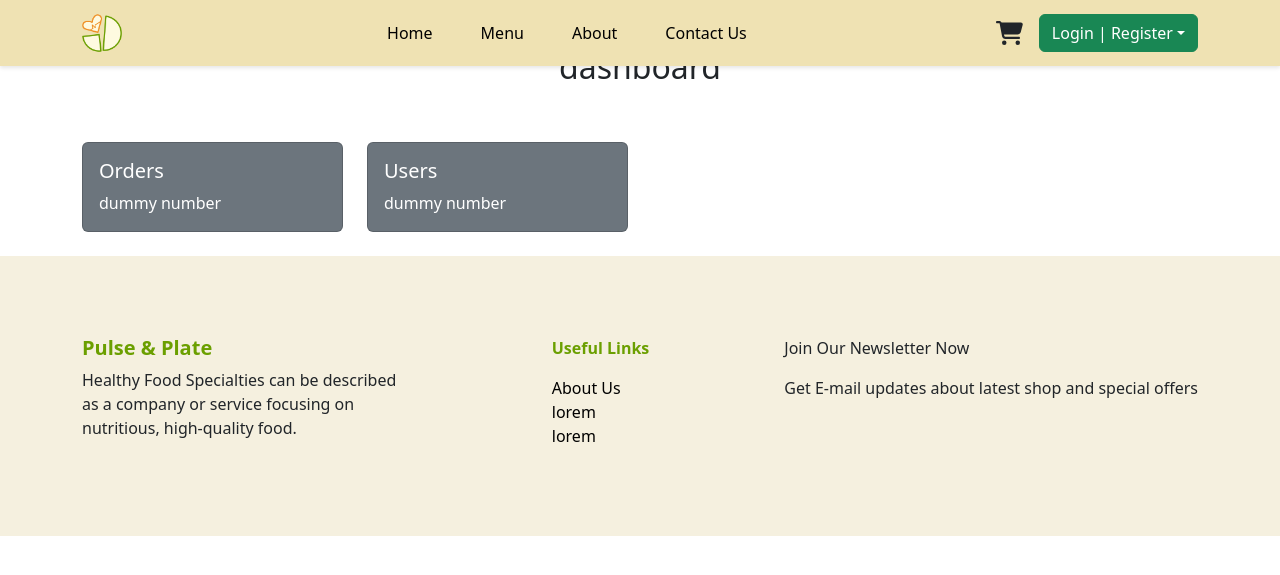
Repository: zeinawady/Pulse-and-Plate
Page: /dashboard
The author's editor kept a copy of each file at every save. The page is drawn from the files as they stood at one save, then again after the next save.
The browser window is 1280 px wide. The pictures show the whole page.
The project was rebuilt for these pictures with package versions that can differ from the ones it lists, and the page was loaded fresh each time. Also part of the build but not shown: src/components/Main/Main.css, src/components/Main/Main.js, src/components/Menu/MealCard.css, src/components/Menu/MealCard.js, src/components/Menu/Categories.css, src/components/Menu/Categories.js, src/components/Menu/Menu.css, src/components/Menu/Menu.js and 21 more.

Above is the page before, as saved 2025-05-15 18:33:17.

### public/index.html
<!DOCTYPE html>
<html lang="en">
  <head>
    <meta charset="utf-8" />
    <link rel="icon" href="%PUBLIC_URL%/images/logo-trans.png" />
    <meta name="viewport" content="width=device-width, initial-scale=1" />
    <meta name="theme-color" content="#000000" />
    <meta
      name="description"
      content="Web site created using create-react-app"
    />
    <link rel="apple-touch-icon" href="%PUBLIC_URL%/images/logo-trans.png" />
    <!--
      manifest.json provides metadata used when your web app is installed on a
      user's mobile device or desktop. See https://developers.google.com/web/fundamentals/web-app-manifest/
    -->
    <link rel="manifest" href="%PUBLIC_URL%/manifest.json" />
    <!--
      Notice the use of %PUBLIC_URL% in the tags above.
      It will be replaced with the URL of the `public` folder during the build.
      Only files inside the `public` folder can be referenced from the HTML.

      Unlike "/favicon.ico" or "favicon.ico", "%PUBLIC_URL%/favicon.ico" will
      work correctly both with client-side routing and a non-root public URL.
      Learn how to configure a non-root public URL by running `npm run build`.
    -->
    <title>Pulse And Plate</title>
  </head>
  <body>
    <noscript>You need to enable JavaScript to run this app.</noscript>
    <div id="root"></div>
    <!--
      This HTML file is a template.
      If you open it directly in the browser, you will see an empty page.

      You can add webfonts, meta tags, or analytics to this file.
      The build step will place the bundled scripts into the <body> tag.

      To begin the development, run `npm start` or `yarn start`.
      To create a production bundle, use `npm run build` or `yarn build`.
    -->
  </body>
</html>

### src/index.js
import React from 'react';
import ReactDOM from 'react-dom/client';
import './index.css';
import App from './App';
import reportWebVitals from './reportWebVitals';
import 'bootstrap/dist/css/bootstrap.min.css';
import '@fortawesome/fontawesome-free/css/all.min.css';
import 'bootstrap/dist/css/bootstrap.min.css';
import './fontAwesome';
import { BrowserRouter } from 'react-router-dom';

const root = ReactDOM.createRoot(document.getElementById('root'));
root.render(
  <React.StrictMode>
    <BrowserRouter>
      <App />
    </BrowserRouter>
  </React.StrictMode>
);

// If you want to start measuring performance in your app, pass a function
// to log results (for example: reportWebVitals(console.log))
// or send to an analytics endpoint. Learn more: https://bit.ly/CRA-vitals
reportWebVitals();

### src/App.js
import React from "react";
import "./App.css";
import Home from "./components/Home/Home";
import Footer from "./components/Footer/Footer";
import { Routes, Route } from "react-router-dom";

import Header from "./components/Header/Header";
import About from "./components/About/About";
import Menu from "./components/Menu/Menu";
import ContactUs from "./components/ContactUs/ContactUs";
import Login from "./components/Login/Login";
import SignUp from "./components/SignUp/SignUp";
import UserProfile from "./components/UserProfile/UserProfile";
import { UserProvider } from "./UserContext";
import ProductInfo from "./components/ProductInfo/ProductInfo";
import PaymentPage from "./components/PaymentPage/PaymentPage";
import AdminProfile from "./components/AdminProfile/AdminProfile";
import Dashboard from "./components/Dashboard/Dashboard";

function App() {
  return (
    <UserProvider>
      <div>
        <Header />
        <Routes>
          <Route path="/" element={<Home />} />
          <Route path="/home" element={<Home />} />
          <Route path="/about" element={<About />} />
          <Route path="/menu" element={<Menu />} />
          <Route path="/category" element={<Menu />} />
          <Route path="/login" element={<Login />} />
          <Route path="/register" element={<SignUp />} />
          <Route path="/userAccount" element={<UserProfile />} />
          <Route path="/contactus" element={<ContactUs />} />
          <Route path="/product-info" element={<ProductInfo />} />
          <Route path="/PaymentPage" element={<PaymentPage />} />
          <Route path="/admin-profile" element={<AdminProfile />} />
          <Route path="/dashboard" element={<Dashboard />} />
        </Routes>

        <Footer />
      </div>
    </UserProvider>
  );
}

export default App;

### src/fontAwesome.js
// src/fontAwesome.js
import { library } from '@fortawesome/fontawesome-svg-core';
import {
    faUser,
    faCartShopping,
    faHome,
    faEnvelope,
    faSearch,
    faConciergeBell,
     faPercent,
     faTruckFast,
     faCarrot,
    // Add any other icons you need here
} from '@fortawesome/free-solid-svg-icons';

// Add icons to the library
library.add(
    faUser,
    faCartShopping,
    faHome,
    faEnvelope,
    faSearch,
    faConciergeBell,
    faPercent,
    faTruckFast,
    faCarrot,

    // Add any other icons you need here
);

### src/App.css
@font-face {
  font-family: "Lato";
  src: url("../public/Fonts/Lato/Lato-Black.ttf") format("truetype");
}

:root {
  --primary-color: #6b9f00;
  --secondary-color: #ef9025;
  --light-color: hsl(47, 66%, 82%);
  --text-color: #000000;
  --font-family: "Lato", sans-serif;
  --sections-padding: 5rem;
}

body {
  margin: 0;
  padding: 0;
  border: none !important;
  outline: none !important;
  font-family: var(--font-family);
  font-weight: 500;
  -webkit-font-smoothing: antialiased;
  -moz-osx-font-smoothing: grayscale;
  background-color: #eee;

}
a{
  text-decoration: none;
}

### src/components/Footer/Footer.js
import "../../App";

import "./Footer.css";
import { Container } from "react-bootstrap";
import Button from "react-bootstrap/Button";
import { FontAwesomeIcon } from "@fortawesome/react-fontawesome";


export default function Footer() {
    return (
        <footer>
            <Container fluid="md">
            <div className="wrapper-footer">
                <div className="info">
                    <h5>Pulse & Plate</h5>
                    <p>Healthy Food Specialties can be described as a company or service focusing on nutritious, high-quality food. </p>
                </div>
                <div className="links">
                    <p >Useful Links</p>
                    <a href="#">About Us</a>
                    <a href="#">lorem</a>
                    <a href="#">lorem</a>
                </div>
                <div>
                    <p>Join Our Newsletter Now </p>
                    <p>Get E-mail updates about latest shop and special offers </p>
                </div>
            </div>
            </Container>
        </footer>
    );
}

### src/components/Header/Header.js
import React from 'react';
import './Header.css';
import '../../App';
import { Link, NavLink, useNavigate } from 'react-router-dom';
import { useUser } from "../../UserContext";

// React Bootstrap
import Container from 'react-bootstrap/Container';
import Nav from 'react-bootstrap/Nav';
import Navbar from 'react-bootstrap/Navbar';
import Dropdown from 'react-bootstrap/Dropdown';

// Font Awesome
import { FontAwesomeIcon } from '@fortawesome/react-fontawesome';
import { faCartShopping } from '@fortawesome/free-solid-svg-icons';

export default function Header() {
    const { user, setUser } = useUser();
    const navigate = useNavigate();

    const handleLogout = () => {
        navigate('/login');
        localStorage.removeItem("user");
        localStorage.removeItem("token");
        setUser(null);
    };

    return (
        <Navbar expand="md" className="fixed-top">
            <Container fluid="md">
                <Navbar.Brand as={Link} to="/home">
                    <img
                        src="/images/logo-trans.png"
                        width="40"
                        height="40"
                        className="d-inline-block align-top"
                        alt="React Bootstrap logo"
                    />
                </Navbar.Brand>

                <Navbar.Toggle aria-controls="basic-navbar-nav" />
                <Navbar.Collapse id="basic-navbar-nav">
                    <Nav className="me-auto ms-auto">
                        <Nav.Link as={NavLink} to="/home">Home</Nav.Link>
                        <Nav.Link as={NavLink} to="/menu">Menu</Nav.Link>
                        <Nav.Link as={NavLink} to="/about">About</Nav.Link>
                        <Nav.Link as={NavLink} to="/contactus">Contact Us</Nav.Link>
                    </Nav>

                    <div className="icons d-flex align-items-center gap-3">
                        <FontAwesomeIcon icon={faCartShopping} size="lg" />

                        <Dropdown align="end">
                            <Dropdown.Toggle variant="success" id="dropdown-user">
                                {user?.name ? user.name.split(" ")[0] : "Login | Register"}
                            </Dropdown.Toggle>

                            <Dropdown.Menu>
                                {user?.name ? (
                                    <>
                                        <Dropdown.Item as={Link} to="/userAccount">Profile</Dropdown.Item>
                                        <Dropdown.Item onClick={handleLogout}>Logout</Dropdown.Item>
                                    </>
                                ) : (
                                    <>
                                        <Dropdown.Item as={Link} to="/login">Login</Dropdown.Item>
                                        <Dropdown.Item as={Link} to="/register">Register</Dropdown.Item>
                                    </>
                                )}
                            </Dropdown.Menu>
                        </Dropdown>
                    </div>
                </Navbar.Collapse>
            </Container>
        </Navbar>
    );
}

### src/UserContext.jsx
import { createContext, useContext, useState } from 'react';

const UserContext = createContext();

export function UserProvider({ children }) {
  const [user, setUser] = useState(() => {
    const stored = localStorage.getItem('user');
    return stored ? JSON.parse(stored) : null;
  });

  const updateUser = (updatedUser) => {
    localStorage.setItem('user', JSON.stringify(updatedUser));
    setUser(updatedUser);
  };

  return (
    <UserContext.Provider value={{ user, setUser: updateUser }}>
      {children}
    </UserContext.Provider>
  );
}

export function useUser() {
    return useContext(UserContext);
}

### src/components/Dashboard/Dashboard.js
import React from "react";
import "../../App";
import "./Dashboard.css";

export default function Dashboard() {
  return (
    <div className="main-container container">
      <h2 className="text-center p-5">dashboard</h2>
      <div className="row g-4 mb-4">
        <div className="col-md-3 col-sm-6">
          <div className="card text-white bg-secondary h-100">
            <div className="card-body">
              <h5 className="card-title">Orders</h5>
              <p className="card-text">dummy number</p>
            </div>
          </div>
        </div>
        <div className="col-md-3 col-sm-6">
          <div className="card text-white bg-secondary h-100">
            <div className="card-body">
              <h5 className="card-title">Users</h5>
              <p className="card-text">dummy number</p>
            </div>
          </div>
        </div>
      </div>
    </div>
  );
}

### src/components/Footer/Footer.css
footer{
    background-color: hsla(47, 53%, 90%, 0.822);
    padding-block-start: var(--sections-padding);
    padding-block-end: var(--sections-padding);
}
.wrapper-footer{
    display: flex;
    justify-content: space-between;

}
.wrapper-footer .info{
  width: 30%;

}
.wrapper-footer .info h5{
    color: var(--primary-color);
    font-weight: 700;
}
.links>p:first-child{
font-weight: 700;
color: var(--primary-color);

}
.links{
    display: flex;
    flex-direction: column;
}
.links a{
    text-decoration: none;
    color: var(--text-color);
}
@media (max-width: 767px) {
    .wrapper-footer{
       flex-direction: column;
    }
    .wrapper-footer .info{
        width: 100%;
      }

}

### src/components/Header/Header.css
.navbar {
    box-shadow: 0 2px 4px rgba(0, 0, 0, 0.1);
    /* background-color: rgba(254, 250, 225, 0.3);
     */
     background-color: var(--light-color);
     z-index: 100;
}

.navbar-nav .nav-link,
.dropdown-menu .dropdown-item {
    color: var(--text-color);
}


/* * --> all children */
.navbar .nav-link {
    padding: 0 1.5rem !important;
    text-align: center;
}

@media (max-width: 767px) {
    .navbar .nav-link {
        padding: 0.5rem 0 !important;
    }

    .icons>svg {
        padding-top: 0.5rem;
        margin: auto;
        font-size: 1.25rem;
    }
}

.icons {
    display: flex;
    gap: 1.5rem;
}

.icons svg {
    font-size: 1.5rem;
}

.navbar-toggler {
    border: none !important;
}

.navbar-toggler:focus {
    box-shadow: none !important;
}

@media (max-width: 767px) {

    /* .navbar .dropdown-menu {
                position: absolute !important;
                top: 80% !important;
                left: 35% !important;
                background-color: var(--light-color);
                right: 0;
                width: 100%;
                z-index: 1050;
            } */
    .navbar-nav {
        .dropdown-menu {
            width: 50%;
            margin: auto;
            text-align: center;
        }

        /* .dropdown-menu[data-bs-popper] {
            top: 100%;
            left: 50%;
            transform: translateX(-50%);
        } */

        /* .nav-item,
        .nav-link {
            text-align: center;
        } */
    }
}

@media (max-width: 441px) {
    .navbar-nav {
        .dropdown-menu {
            width: 35%;
        }
    }
}

### src/components/PaymentPage/PaymentPage.css
:root {
    --primary-color: #6b9f00;
    --secondary-color: #ef9025;
    --light-color: #efe2b3;
    --secondary-light-color: #FDFAE0;
    --text-color: #000000;
    --font-family: "Lato", sans-serif;
    --sections-padding: 5rem;
    --section-margin: 60px;
    /* This variable can be used or adjusted for header height */
}

body {
    margin: 0;
    padding: 0;
    border: none !important;
    outline: none !important;
    font-family: var(--font-family);
    font-weight: 500;
    -webkit-font-smoothing: antialiased;
    -moz-osx-font-smoothing: grayscale;
    background-color: #eee;
    color: var(--text-color);
}

.payment-page a {
    text-decoration: none;
    color: var(--primary-color);
}


/* Main container */
.payment-page.container {
    max-width: 960px;
    margin: 100px;
    padding: var(--sections-padding) 30px;
    background-color: var(--secondary-light-color);
    border-radius: 10px;
    box-shadow: 0 4px 15px rgba(107, 159, 0, 0.3);

}

/* Card style */
.payment-page .card {
    background: var(--light-color);
    border-radius: 12px;
    box-shadow: 0 6px 20px rgba(0, 0, 0, 0.1);
    padding: 30px;
    margin-bottom: 30px;
}

/* Card header */
.payment-page .card-header {
    font-weight: 700;
    font-size: 1.5rem;
    color: var(--primary-color);
    border-bottom: 3px solid var(--secondary-color);
    padding-bottom: 15px;
    margin-bottom: 25px;
}

/* Order Summary Items */
.payment-page .card-body>div.d-flex {
    font-size: 1.1rem;
    justify-content: space-between;
    padding: 8px 0;
    border-bottom: 1px solid var(--secondary-light-color);
}

.payment-page .card-body>hr+div {
    font-weight: 700;
    font-size: 1.25rem;
    color: var(--primary-color);
    padding-top: 10px;
}

/* Form headings */
.payment-page h4,
.payment-page h5 {
    color: var(--primary-color);
    margin-bottom: 20px;
    font-weight: 700;
}

/* Form labels */
.payment-page .form-label {
    font-weight: 600;
    color: var(--text-color);
}

/* Input fields */
.payment-page .form-control {
    border-radius: 8px;
    border: 2px solid var(--primary-color);
    padding: 10px 15px;
    font-family: var(--font-family);
    font-weight: 500;
    font-size: 1rem;
    transition: border-color 0.3s ease;
    color: var(--text-color);
    background-color: #fff;
}

.payment-page .form-control:focus {
    border-color: var(--secondary-color) !important;
    box-shadow: 0 0 8px var(--secondary-color) !important;
    outline: none;
}

/* Validation feedback */
.payment-page .is-invalid {
    border-color: #dc3545 !important;
}

.payment-page .is-invalid:focus {
    box-shadow: 0 0 8px rgba(220, 53, 69, 0.5);
}

.payment-page .invalid-feedback {
    font-size: 0.9rem;
    color: #dc3545;
    margin-top: 6px;
}

/* Radio buttons */
.payment-page .form-check-label {
    font-size: 1rem;
    color: var(--text-color);
}


.payment-page button:hover {
    background-color: var(--secondary-color);
}

/* Submit button - This existing style will override the general button style for submit buttons where properties differ */
.payment-page button[type="submit"] {
    background-color: var(--primary-color);
    /* This is fine, can be more specific if needed */
    border: none;
    color: white;
    font-weight: 700;
    /* Specific to submit */
    padding: 14px 32px;
    /* Specific to submit */
    border-radius: 8px;
    cursor: pointer;
    font-size: 1.1rem;
    /* Specific to submit */
    transition: background-color 0.3s ease;
    box-shadow: 0 5px 15px rgba(107, 159, 0, 0.2);
    /* Specific to submit */
}

.payment-page button[type="submit"]:hover {
    background-color: var(--secondary-color);
    box-shadow: 0 6px 20px rgba(239, 144, 37, 0.3);
    /* Specific to submit */
}

/* Responsive */
@media (max-width: 768px) {
    .payment-page.container {
        padding: 3rem 15px;
        margin-top: 60px;
        /* Adjusted margin for smaller screens if header is smaller or fixed differently */
    }

        .payment-page .row>div {
        margin-bottom: 25px;
    }
}

Loaded but not shown: src/index.css (common file); src/reportWebVitals.js (common file)

After the next save:
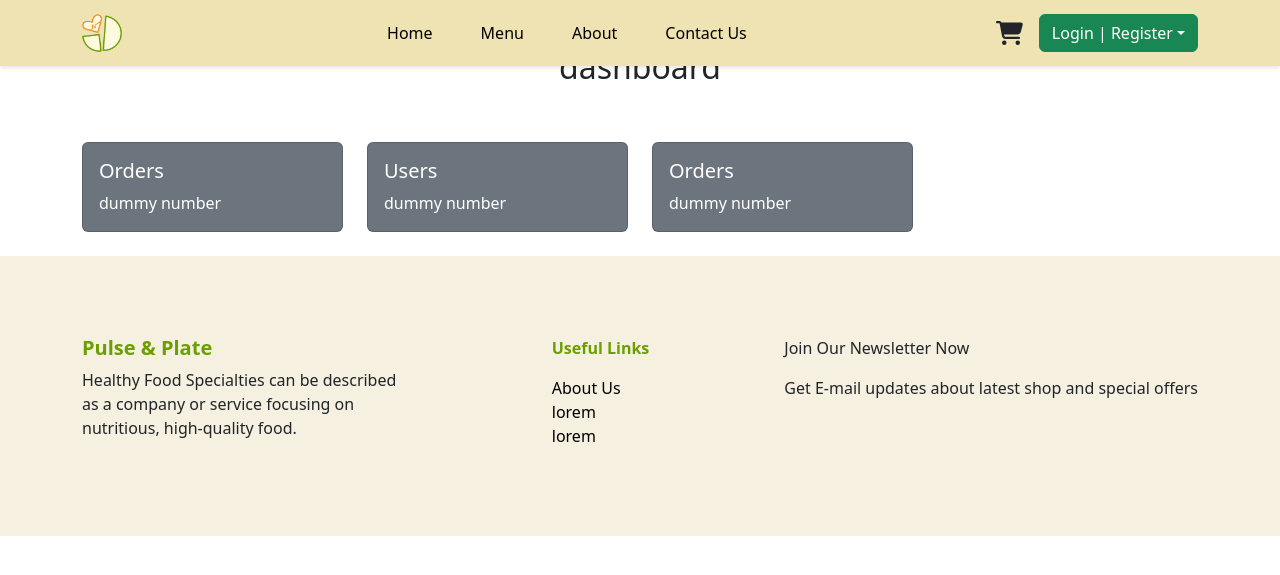
Saved 13 s later.
--- a/src/components/Dashboard/Dashboard.js
+++ b/src/components/Dashboard/Dashboard.js
@@ -23,6 +23,16 @@ export default function Dashboard() {
             </div>
           </div>
         </div>
+
+        <div className="col-md-3 col-sm-6">
+          <div className="card text-white bg-secondary h-100">
+            <div className="card-body">
+              <h5 className="card-title">Orders</h5>
+              <p className="card-text">dummy number</p>
+            </div>
+          </div>
+        </div>
+
       </div>
     </div>
   );
